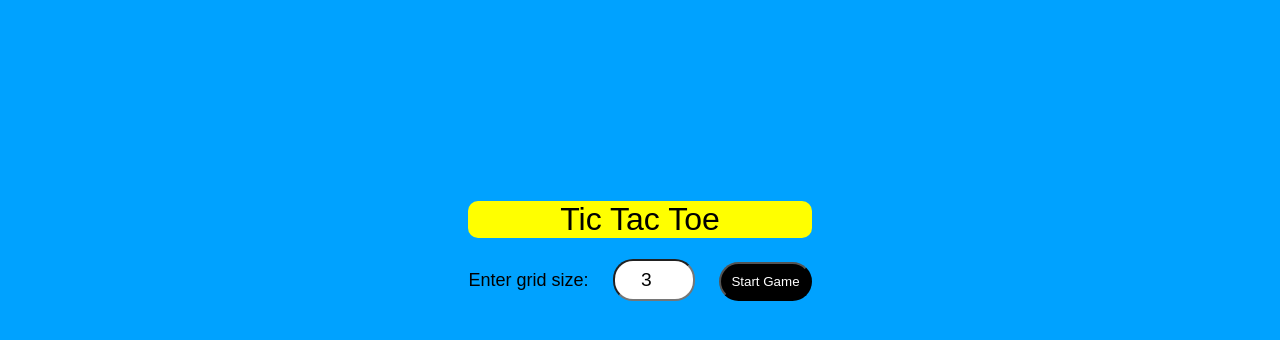
Repository: Shamraiz761/tik_tak_toe_game
Page: index.html
An editor plug-in stored every save of this project. The page is shown before and after the next save, followed by the edit.
The browser window is 1280 px wide. The pictures show the whole page.

Above is the page before, as saved 2024-01-09 12:02:37.

### index.html
<!DOCTYPE html>
<html>
  <head>
    <title>Tic Tac Toe</title>
    <link rel="stylesheet" type="text/css" href="styles.css" />
  </head>
  <body>
    <div>
      <h1 class="header">Tic Tac Toe</h1>
      <label class="inputLabel" for="sizeInput">Enter grid size:</label>
      <input type="number" id="sizeInput" min="3" max="10" value="3" />
      <button class="btn" onclick="startGame()">Start Game</button>
<div style="display: flex;justify-content: center;">
      <div id="board" style="margin-top: 20px; "></div>
      </div>


      <div id="status"  ></div>

    </div>
    <script src="tik_tak.js"></script>
  </body>
</html>

### styles.css
body{
    display: flex;
    justify-content: center;
    align-items: center;
    height: 70vh;
   font-family: Arial, Helvetica, sans-serif;
    background-color: rgb(0, 162, 255);
}
.header{
    text-align: center;
    background-color: yellow;
    border-radius: 10px;
    font-weight: 500;
}
.cell {
    width: 50px;
    height: 50px;
    border: 4px solid #000;
    display: inline-block;
    text-align: center;
    line-height: 50px;
    font-size: 20px;
    margin-left: 3px;
    margin-top: 3px;
  }

  .btn{
    background-color: black;
    color: white;
    padding: 10px;
    border-radius: 20px;
    margin-left: 20px;
  }

  .inputLabel{
    font-size: large;
    margin-right: 20px;
    font-weight: 500;
  }

  #status{
    font-size: large;
    margin-top: 20px;
    font-weight: 500;
    text-align: center;
  }

  #sizeInput{
    text-align: center;
    padding: 8px;

    font-size: larger;
    border-radius: 20px;
  }

### tik_tak.js
let currentPlayer = 'X';
let boardSize = 3;
let board = [];

function startGame() {
  boardSize = parseInt(document.getElementById("sizeInput").value);
  createBoard();
}

function createBoard() {
  board = [];
  let html = '';
  for (let i = 0; i < boardSize; i++) {
    board.push(Array(boardSize).fill(''));
    for (let j = 0; j < boardSize; j++) {
      html += `<div class="cell" data-row="${i}" data-col="${j}" onclick="cellClick(${i}, ${j})"></div>`;
    }
    html += '<br>';
  }
  document.getElementById("board").innerHTML = html;
  document.getElementById("status").innerHTML = `Player ${currentPlayer}'s turn`;
}

function cellClick(row, col) {
  if (board[row][col] === '') {
    board[row][col] = currentPlayer;
    document.querySelector(`[data-row="${row}"][data-col="${col}"]`).innerText = currentPlayer;

    if (checkWin(row, col)) {
      document.getElementById("status").innerText = `Player ${currentPlayer} wins!`;
    } else if (checkDraw()) {
      document.getElementById("status").innerText = 'It\'s a draw!';
    } else {
      currentPlayer = currentPlayer === 'X' ? 'O' : 'X';
      document.getElementById("status").innerText = `Player ${currentPlayer}'s turn`;
    }
  }
}

function checkWin(row, col) {
  const symbols = ['X', 'O'];
  for (let s of symbols) {
    let win = true;

    for (let i = 0; i < boardSize; i++) {
      if (board[row][i] !== s) {
        win = false;
        break;
      }
    }
    if (win) return true;


    win = true;
    for (let i = 0; i < boardSize; i++) {
      if (board[i][col] !== s) {
        win = false;
        break;
      }
    }
    if (win) return true;


    win = true;
    for (let i = 0; i < boardSize; i++) {
      if (board[i][i] !== s) {
        win = false;
        break;
      }
    }
    if (win) return true;


    win = true;
    for (let i = 0; i < boardSize; i++) {
      if (board[i][boardSize - 1 - i] !== s) {
        win = false;
        break;
      }
    }
    if (win) return true;
  }
  return false;
}

function checkDraw() {
  for (let i = 0; i < boardSize; i++) {
    for (let j = 0; j < boardSize; j++) {
      if (board[i][j] === '') {
        return false;
      }
    }
  }
  return true;
}

After the next save:
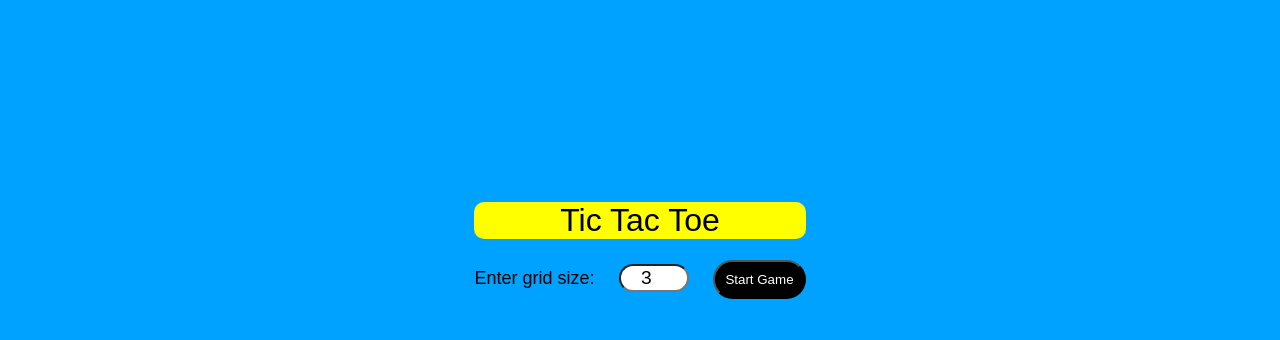
Saved 9 s later.
--- a/styles.css
+++ b/styles.css
@@ -47,7 +47,7 @@ body{
 
   #sizeInput{
     text-align: center;
-    padding: 8px;
+
 
     font-size: larger;
     border-radius: 20px;
